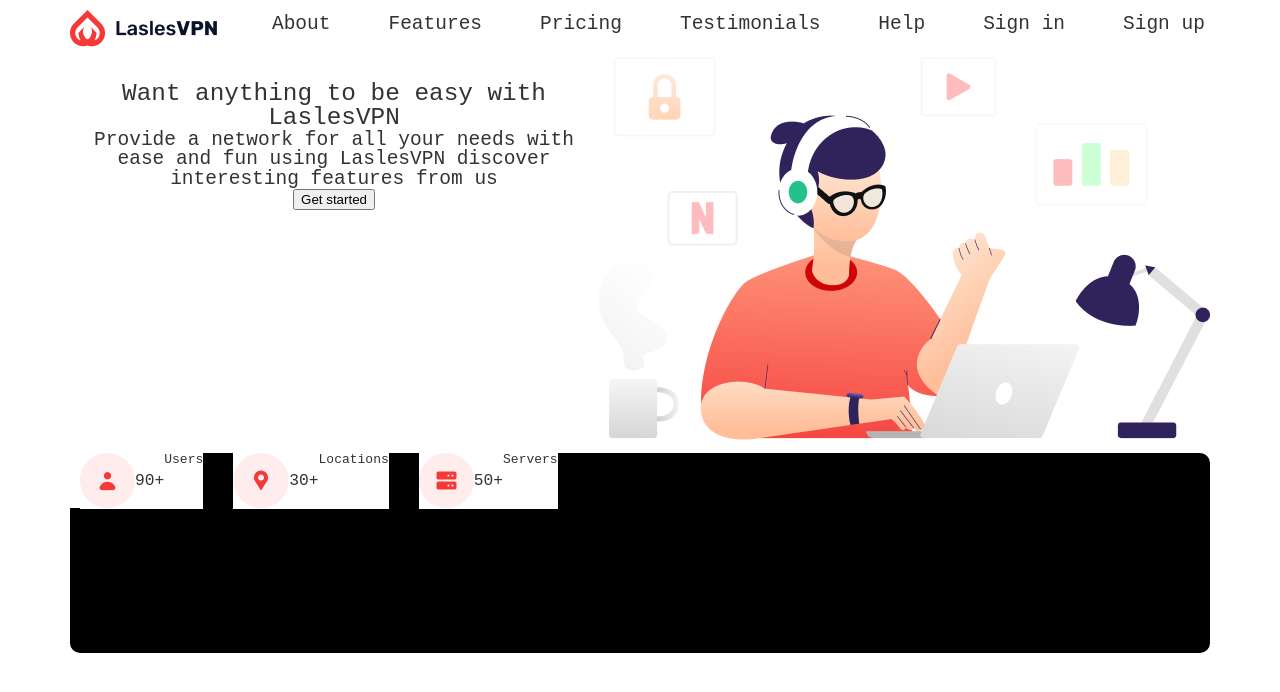
Repository: RaphaelMatheus-br/LP-251123
Page: index.html
These files come from the project's save history. The page is drawn as it stood at one moment and after the next save; the edit follows.
The browser window is 1280 px wide. The pictures show the whole page.

Above is the page before, as saved 2023-11-25 12:43:08.

### index.html
<!DOCTYPE html>
<html lang="en">

<head>
    <meta charset="UTF-8">
    <meta name="viewport" content="width=device-width, initial-scale=1.0">
    <title>Document</title>
    <link rel="stylesheet" href="style.css">
</head>

<body>

<section class="container flex">
    <img src="./imagens/Logo.png" alt="logo">
	<div class="item">About</div>
	<div class="item">Features</div>
	<div class="item">Pricing</div>
	<div class="item">Testimonials</div>
	<div class="item">Help</div>
	<div class="item">Sign in</div>
    <div class="item">Sign up</div>
</section>

<section class="container flex">
    <div class="item">
        <h1 class="sobre__titulo">Want anything to be easy with LaslesVPN</h1>
        <p class="sobre__descricao">Provide a network for all your needs with ease and fun using LaslesVPN discover interesting features from us</p>
        <button class="sobre__botao">Get started</button>
    </div>
    <div class="img">
        <img src="./imagens/Illustration 1.png" alt="ilutracao__1">
    </div>
</section>

<section class="container flex">
    <div class="rectangle">
        <div class="icons">
            <div class="user">
                <img src="./imagens/user.png" alt="user__img">
                <h1 class="sobre__user">90+</h1>
                <p class="p__user">Users</p>
            </div>
            <div class="location">
                <img src="./imagens/location.png" alt="location">
                <h1 class="sobre__location">30+</h1>
                <p class="p__location">Locations</p>
            </div>
            <div class="server">
                <img src="./imagens/Server.png" alt="server">
                <h1 class="sobre__server">50+</h1>
                <p class="p__server">Servers</p>
            </div>
        </div>
    </div>
</section>

</body>
</html>

### style.css
html, body, div, span, applet, object, iframe,
h1, h2, h3, h4, h5, h6, p, blockquote, pre,
a, abbr, acronym, address, big, cite, code,
del, dfn, em, img, ins, kbd, q, s, samp,
small, strike, strong, sub, sup, tt, var,
b, u, i, center,
dl, dt, dd, ol, ul, li,
fieldset, form, label, legend,
table, caption, tbody, tfoot, thead, tr, th, td,
article, aside, canvas, details, embed,
figure, figcaption, footer, header, hgroup,
menu, nav, output, ruby, section, summary,
time, mark, audio, video {
	margin: 0;
	padding: 0;
	border: 0;
	font-size: 100%;
	font: inherit;
	vertical-align: baseline;
    background: white;
}
/* HTML5 display-role reset for older browsers */
article, aside, details, figcaption, figure,
footer, header, hgroup, menu, nav, section {
	display: block;
}
body {
	line-height: 1;
}

ol, ul {
	list-style: none;
}
blockquote, q {
	quotes: none;
}
blockquote:before, blockquote:after,
q:before, q:after {
	content: '';
	content: none;
}
table {
	border-collapse: collapse;
	border-spacing: 0;
}

.container {
    max-width: 1140px;
    margin: 0 auto;
    position: relative;
    padding-top: 10px;
}

/* Flex */
.flex {
	display: flex;
    justify-content: space-between;
}

.flex-wrap {
	flex-wrap: wrap;
}

.flex-item-1 {
	flex: 1;
}

/* Flex Item */
.item {
	margin: 5px;
	text-align: center;
	font-size: 1.5em;
}

h1 {
	text-align: center;
	margin: 20px 0 0 0;
	font-size: 1.25em;
	font-weight: normal;
}

body {
	font-family: monospace;
	color: #333;
}

.row {
	display: flex;
}

.rectangle {
display: flex;
width: 1140px;
height: 200px;
flex-shrink: 0;
border-radius: 10px;
background: black;
border-color: white;
}

.icons {
width: 55px;
height: 55px;
flex-shrink: 0;
display: flex;
align-items: center;
align-content: center;
}

.user {
display: flex;;
margin-right: 20px;
margin-left: 10px;
}

.location {
    display: flex;;
    margin-right: 20px;
    margin-left: 10px;
}

.server {
    display: flex;;
    margin-right: 20px;
    margin-left: 10px;
}

After the next save:
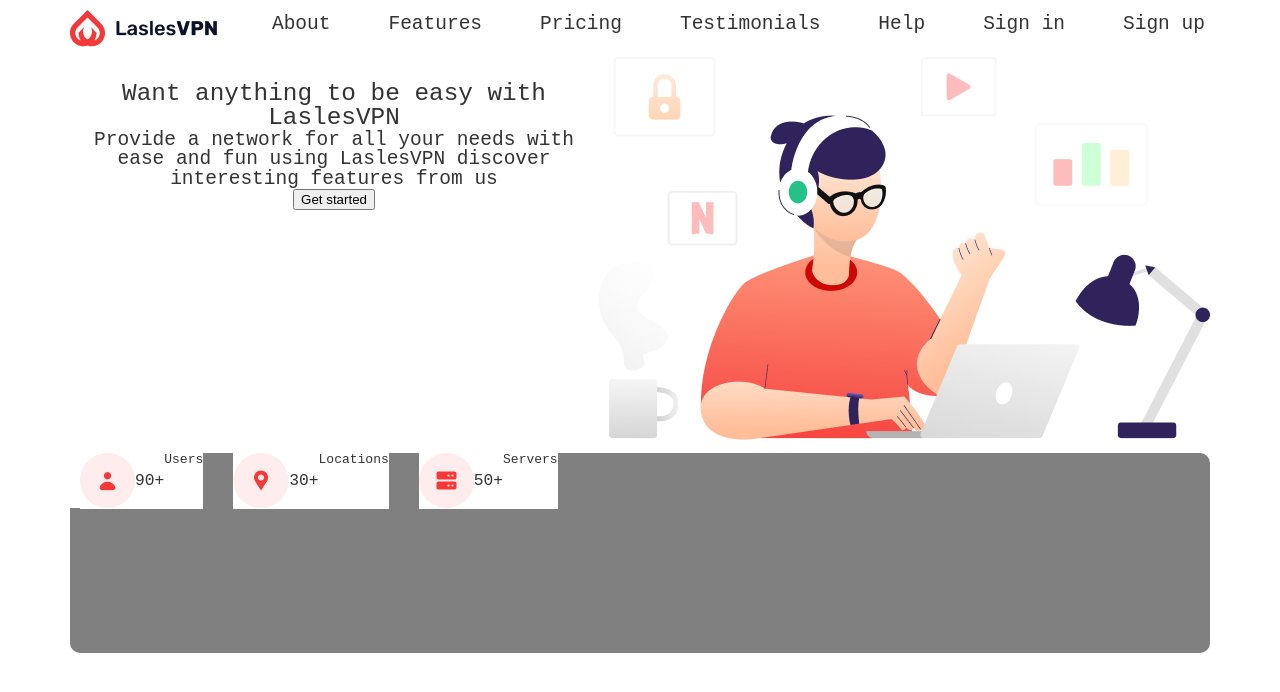
Saved 4 min 5 s later.
--- a/style.css
+++ b/style.css
@@ -94,7 +94,7 @@
 height: 200px;
 flex-shrink: 0;
 border-radius: 10px;
-background: black;
+background: gray;
 border-color: white;
 }
 
@@ -104,7 +104,6 @@
 flex-shrink: 0;
 display: flex;
 align-items: center;
-align-content: center;
 }
 
 .user {
